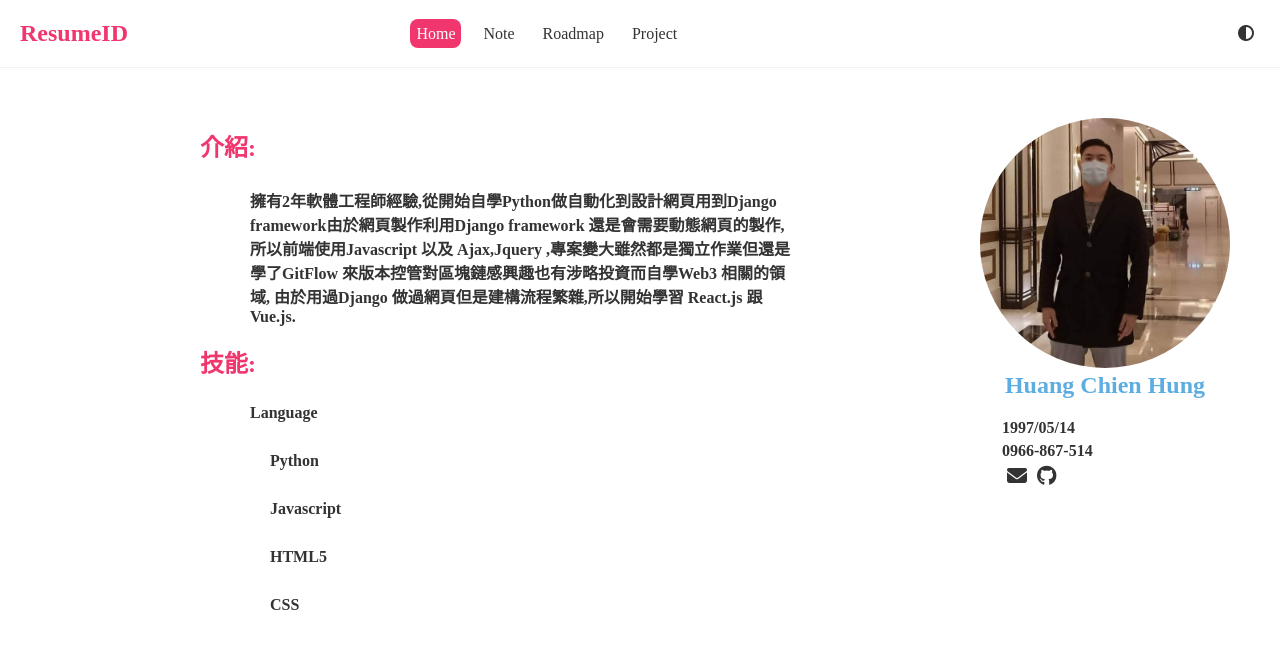
Repository: leo-play-code/ResumeID
Page: /
An editor plug-in stored every save of this project. The page is shown before and after a run of saves, followed by the edit.
The browser window is 1280 px wide. The pictures show the whole page.
Some web libraries are served in a nearby version. The project was rebuilt for these pictures with package versions that can differ from the ones it lists, and the page was loaded fresh each time. Also part of the build but not shown: src/Note/Note.js, src/Roadmap/Roadmap.js, src/Project/Project.js.

Above is the page before, as saved 2022-10-18 15:27:16.

After the next 2 saves:
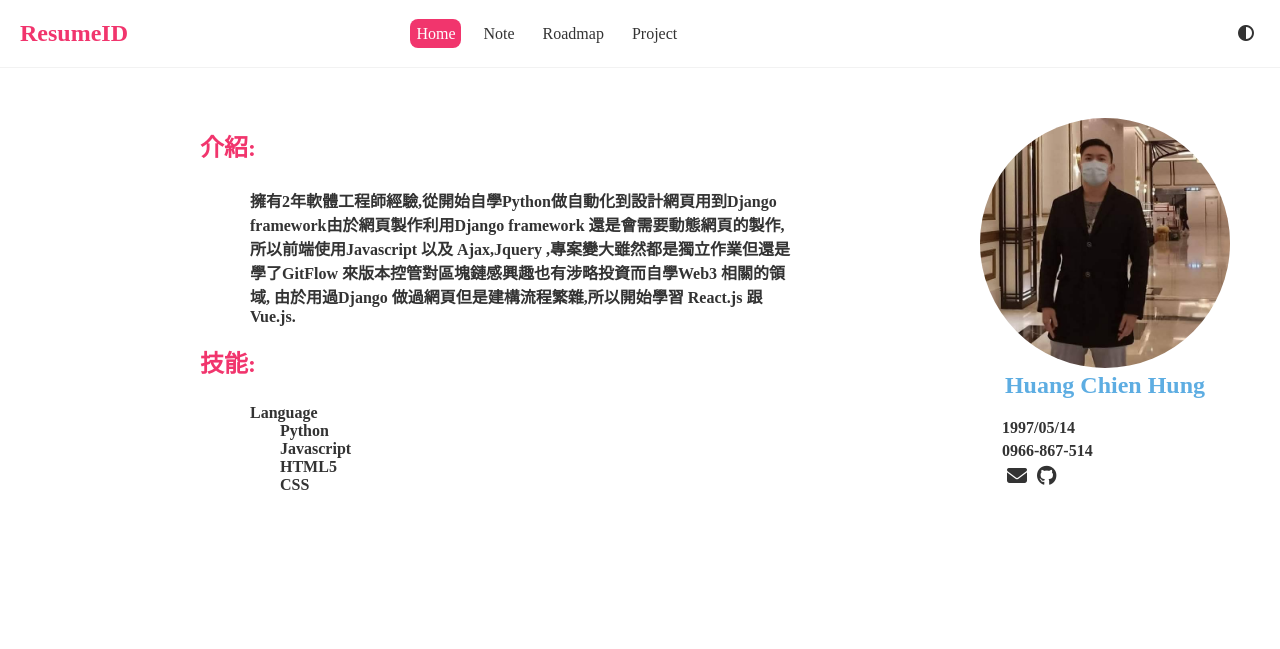
The 2 saves are shown as one change because they came seconds apart.
The last was saved 12 s later.
--- a/src/index.css
+++ b/src/index.css
@@ -108,6 +108,5 @@
   margin-left: 50px;
 }
 .Home .skill div{
-  margin-top: 30px;
-  margin-left: 20px;
+  margin-left: 30px;
 }
